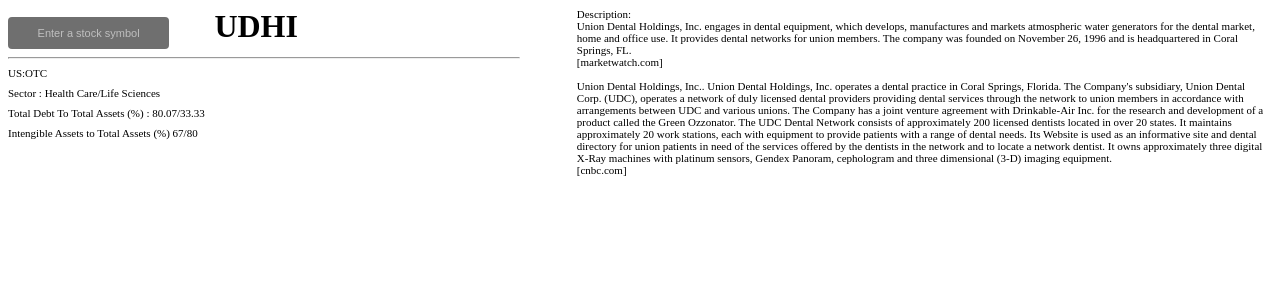
Repository: hadi4172/halal-stock-scanner
Page: popup.html
These files come from the project's save history. The page is drawn as it stood at one moment and after the next save; the edit follows.
The browser window is 1280 px wide. The pictures show the whole page.

Above is the page before, as saved 2020-09-24 19:31:30.

After the next save:
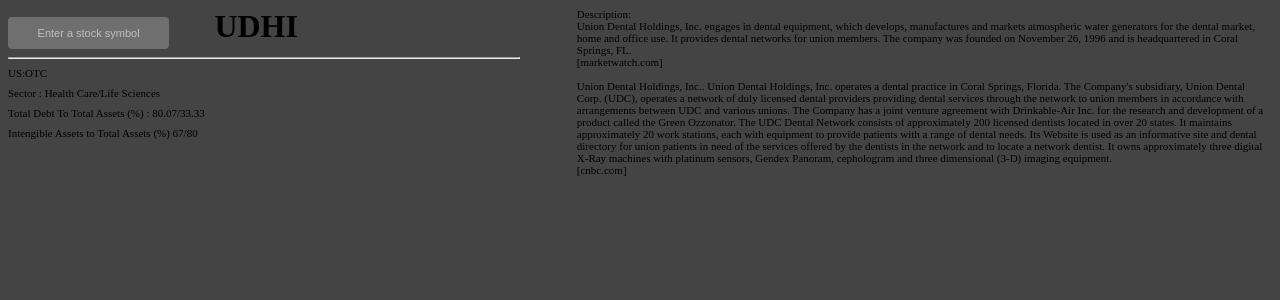
Saved 40 s later.
--- a/popup.html
+++ b/popup.html
@@ -11,7 +11,7 @@
     <script src="SimpleBar/simplebar.min.js"></script>
 </head>
 
-<body>
+<body class=dark-background>
     <div id=left>
         <input id=input class=dark-input type=text maxlength=5 placeholder="Enter a stock symbol" />
         <i id=search-btn class="fa fa-search fa-lg"></i>
